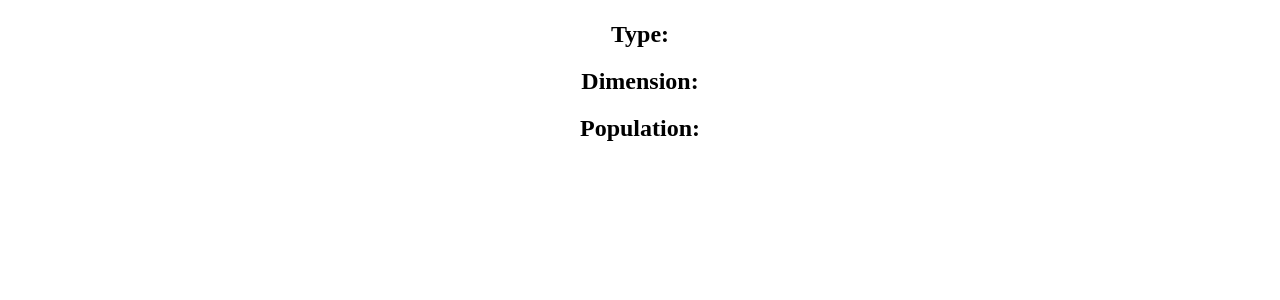
Repository: RobertAries28/ApiRickyMortin
Page: /
An editor plug-in stored every save of this project. The page is shown before and after the next save, followed by the edit.
The browser window is 1280 px wide. The pictures show the whole page.
The page's requests for data from a server got no answer. The project was rebuilt for these pictures with package versions that can differ from the ones it lists, and the page was loaded fresh each time. No one was signed in, and anything a server would have sent is missing.

Above is the page before, as saved 2022-04-28 11:14:44.

### src/index.css
.information h1{
  font-weight: bold;
}

.information span{
  font-weight: 300;
}

### src/App.js

import './App.css';
import Locationinfo from './LocationInfo';

const App=() =>{
  return (
    <div className="App">
      <Locationinfo/>
    </div>
  );
}

export default App;

### src/LocationInfo.js
import axios from 'axios';
import React, { useEffect, useState } from 'react';
import './index.css';

const Locationinfo = () => {
     const [information,setInformation]= useState({})
    useEffect(()=>{
        const random= Math.floor(Math.random()*126)+1;
        axios.get(`https://rickandmortyapi.com/api/location/${random}`)
         .then(res=> setInformation(res.data));

    },[])

    console.log(information)
    return (
        <div className='information'>
            <h1>{information.name}</h1>
            <div className='information_data'>
            <h2>Type: <span>{information.type}</span></h2>
            <h2>Dimension: <span>{information.dimension}</span></h2>
            <h2>Population: <span>{information.residents?.length}</span></h2>
            </div>
        </div>
    );
}

export default Locationinfo;

Loaded but not shown: public/index.html (common file); src/index.js (common file); src/App.css (common file)

After the next save:
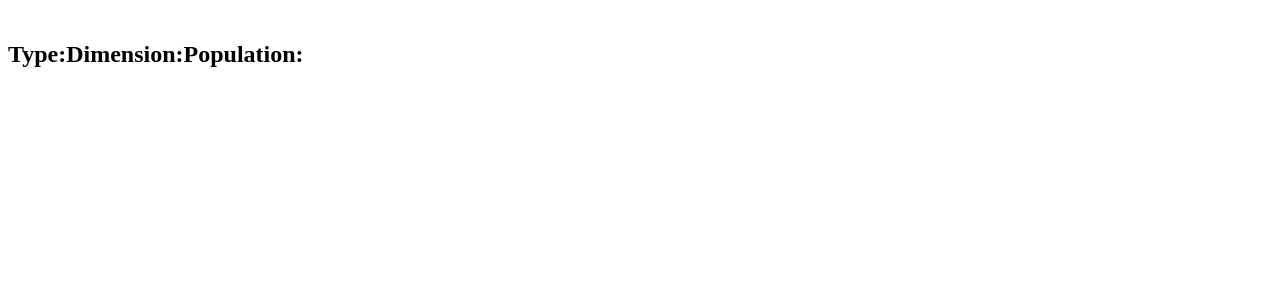
Saved 19 s later.
--- a/src/index.css
+++ b/src/index.css
@@ -5,3 +5,7 @@
 .information span{
   font-weight: 300;
 }
+
+.information_data{
+  display: flex;
+}
